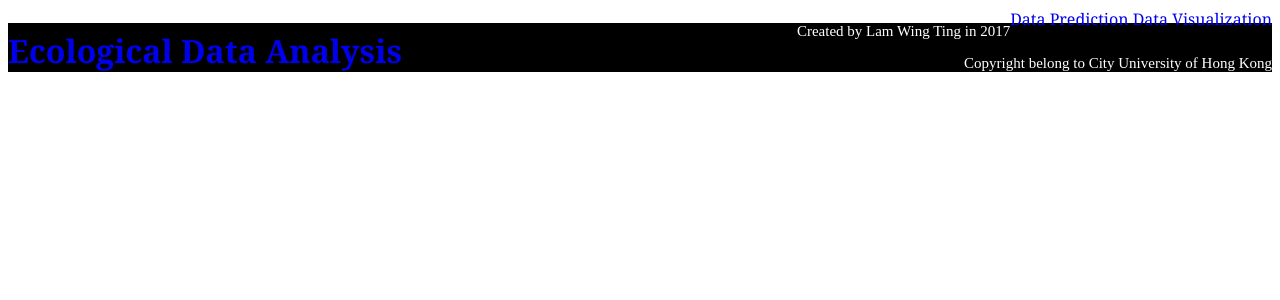
Repository: JenniferLam/FYP
Page: WebAppDev/FYP_webapp/WebContent/prediction/dataPred.html
An editor plug-in stored every save of this project. The page is shown before and after the next save, followed by the edit.
The browser window is 1280 px wide. The pictures show the whole page.

Above is the page before, as saved 2018-01-29 22:19:06.

### WebAppDev/FYP_webapp/WebContent/prediction/dataPred.html
<!DOCTYPE html PUBLIC "-//W3C//DTD HTML 4.01 Transitional//EN" "http://www.w3.org/TR/html4/loose.dtd">
<html>
<head>
<meta http-equiv="Content-Type" content="text/html; charset=BIG5">
<link href="dataPred.css" type="text/css" rel="stylesheet">
<link href="../common.css" type="text/css" rel="stylesheet">
<title>Data Prediction</title>
</head>


<body>
	<div id="header">
		<h1><a href="../main/main.html">Ecological Data Analysis</a></h1>
		<div id="shortcut">
			<a href="../prediction/dataPred.html">Data Prediction</a>
			<a href="../visualization/dataVisual.html">Data Visualization</a>
		</div>

		<div id="footer">
			<p>Created by Lam Wing Ting in 2017</p>
			<p>Copyright belong to City University of Hong Kong</p>
		</div>
</body>
</html>

### WebAppDev/FYP_webapp/WebContent/common.css
body{
	font-family:Georgia, serif;
}
a{
	text-decoration: none;
}
a:visited
{
    text-decoration: none;
    color:black;
}
#header{
	width:100%;
	display:inline-block;
	/*background-color: rgb(102, 255, 102);*/
}
nav{
	display:inline;
	float:right;

}
h1{
	float:left;

}
#shortcut{
	float:right;
}
#footer{
	background-color:black;
	width:100%;
	color: white;
	text-align:right;
	font-family:Times New Roman, Times, serif;
	font-size:15px;
}

Loaded but not shown: WebAppDev/FYP_webapp/WebContent/prediction/dataPred.css (no copy from this time; the picture is the same without it)

After the next save:
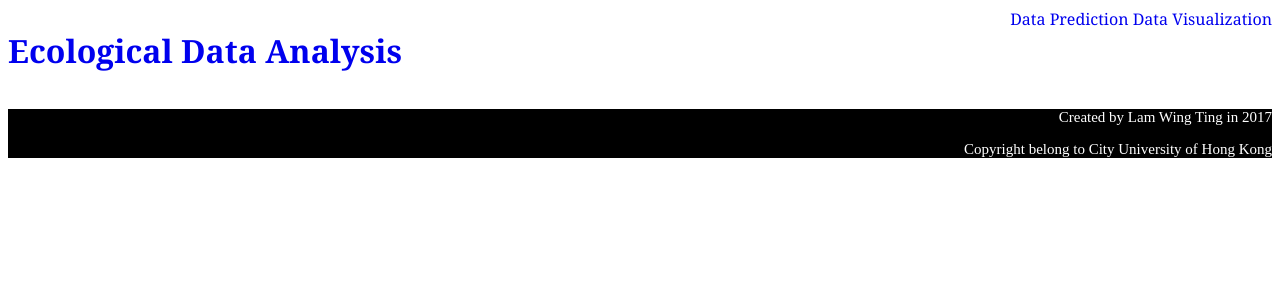
Saved 2 days later.
--- a/WebAppDev/FYP_webapp/WebContent/prediction/dataPred.html
+++ b/WebAppDev/FYP_webapp/WebContent/prediction/dataPred.html
@@ -10,15 +10,20 @@
 
 <body>
 	<div id="header">
-		<h1><a href="../main/main.html">Ecological Data Analysis</a></h1>
+		<h1>
+			<a href="../main/main.html">Ecological Data Analysis</a>
+		</h1>
 		<div id="shortcut">
 			<a href="../prediction/dataPred.html">Data Prediction</a>
 			<a href="../visualization/dataVisual.html">Data Visualization</a>
 		</div>
+	</div>
 
-		<div id="footer">
-			<p>Created by Lam Wing Ting in 2017</p>
-			<p>Copyright belong to City University of Hong Kong</p>
-		</div>
+
+
+	<div id="footer">
+		<p>Created by Lam Wing Ting in 2017</p>
+		<p>Copyright belong to City University of Hong Kong</p>
+	</div>
 </body>
 </html>
